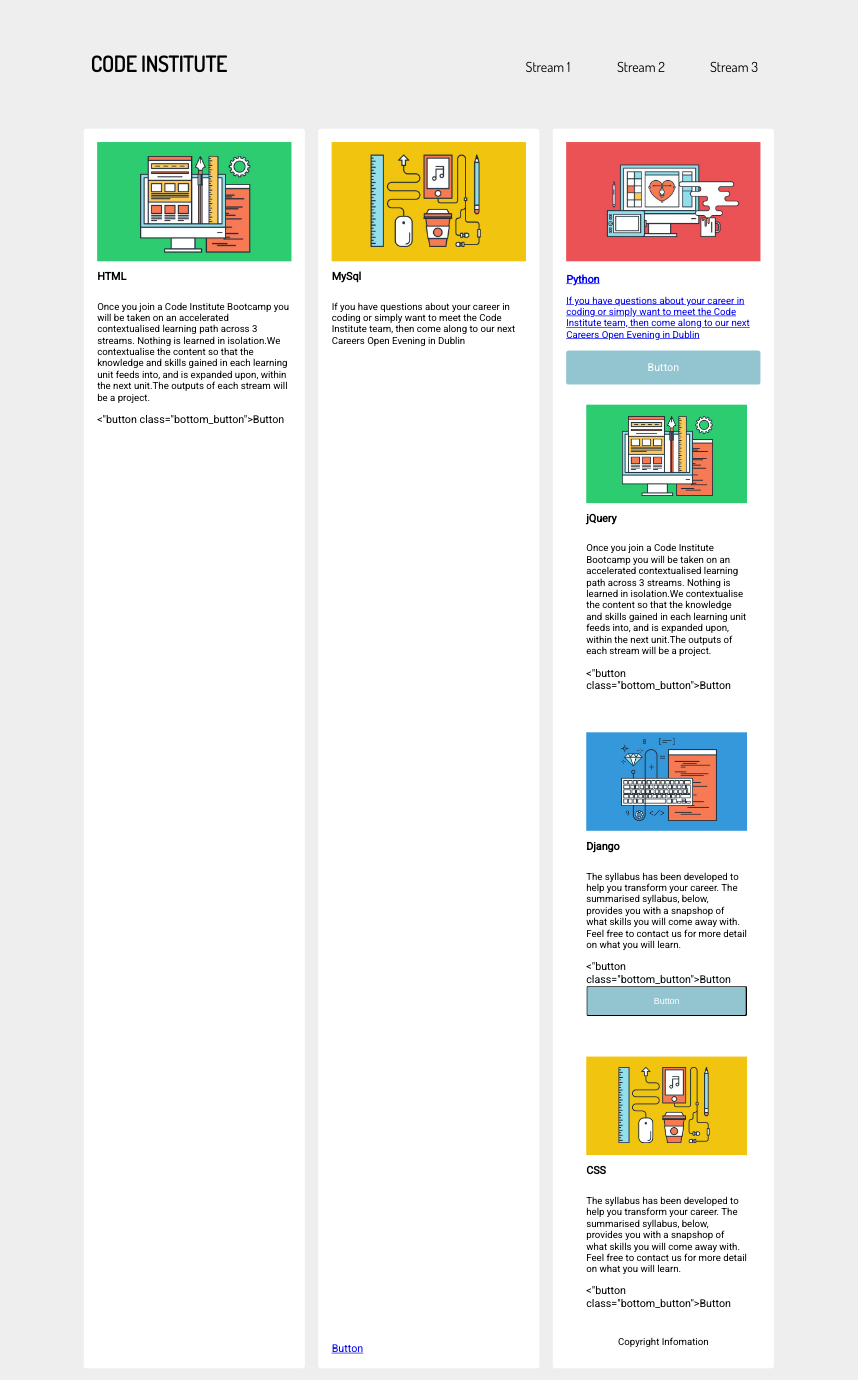
Repository: SOliv1/jquery-events
Page: index.html
The author's editor kept a record of every edit. The page is drawn from the files as they stood at one moment, then again after the next edit.
The browser window is 1280 px wide. The pictures show the whole page, at 67% of full size.
Some web libraries are served in a nearby version.

Above is the page before.

### index.html
<!DOCTYPE html>
<html lang="en">
<head>
    <meta charset="UTF-8">
    <meta name="viewport" content="width=device-width, initial-scale=1">
    <title>jQuery</title>
    <link href="style.css" rel="stylesheet">
    <link href='https://fonts.googleapis.com/css?family=Roboto' rel='stylesheet' type='text/css'>
    <link href='https://fonts.googleapis.com/css?family=Dosis' rel='stylesheet' type='text/css'>
    </head>
<body>
    <div id="container">
        <nav>
            <ul>
                <li id="logoNav">CODE INSTITUTE</li>
                <li id="stream1_btn">Stream 1</li>
                <li id="stream2_btn">Stream 2</li>
                <li id="stream3_btn">Stream 3</li>
            </ul>
        </nav>
        <div class="card stream1">
            <img class="card_image" src="img/3.png" alt="coding icon">
            <div class="card_bottom">
                <h2 class="card_head">HTML</h2>
                <p class="card_para">Once you join a Code Institute Bootcamp you will be taken on an accelerated contextualised learning path across 3 streams. Nothing is learned in isolation.We contextualise the content so that the knowledge and skills gained in each learning
                    unit feeds into, and is expanded upon, within the next unit.The outputs of each stream will be a project. </p>
                <"button class="bottom_button">Button</>
            </div>
        </div>
        <div class="card stream3">
            <img class="card_image" src="img/1.png" alt="coding icon">
            <h2 class="card_head">MySql</h2>
            <p class="card_para">If you have questions about your career in coding or simply want to meet the Code Institute team, then come along to our next Careers Open Evening in Dublin</p>
            <a href="buttonclass="bottom_button">Button</>
            </div>
        <div class="card stream2">
            <img class="card_image" src="img/2.png" alt="coding icon">
            <h2 class="card_head">Python</h2>
            <p class="card_para">If you have questions about your career in coding or simply want to meet the Code Institute team, then come along to our next Careers Open Evening in Dublin</p>
            <a href="" class="bottom_button">Button</a>
        <div class="card stream1">
            <img class="card_image" src="img/3.png" alt="coding icon">
            <div class="card_bottom">
                <h2 class="card_head">jQuery</h2>
                <p class="card_para">Once you join a Code Institute Bootcamp you will be taken on an accelerated contextualised learning path across 3 streams. Nothing is learned in isolation.We contextualise the content so that the knowledge and skills gained in each learning
                    unit feeds into, and is expanded upon, within the next unit.The outputs of each stream will be a project. </p>
                <"button class="bottom_button">Button</>
            </div>
        </div>
        <div class="card stream3">
            <img class="card_image" src="img/4.png" alt="coding icon">
            <h2 class="card_head">Django</h2>
            <p class="card_para">The syllabus has been developed to help you transform your career. The summarised syllabus, below, provides you with a snapshop of what skills you will come away with. Feel free to contact us for more detail on what you will learn.</p>
            <"button class="bottom_button">Button</>
            <button class="bottom_button" id="button_effects1">Button</button>
        </div>
        <div class="card stream1">
            <img class="card_image" src="img/1.png" alt="coding icon">
            <h2 class="card_head">CSS</h2>
            <p class="card_para">The syllabus has been developed to help you transform your career. The summarised syllabus, below, provides you with a snapshop of what skills you will come away with. Feel free to contact us for more detail on what you will learn.</p>
            <"button class="bottom_button">Button</>
        </div>
        <div id="my_footer">
            <p id="copyright">Copyright Infomation</p>
        </div>
    </div>
    <script src="https://code.jquery.com/jquery-3.2.1.js" integrity="sha256-DZAnKJ/6XZ9si04Hgrsxu/8s717jcIzLy3oi35EouyE=" crossorigin="anonymous"></script>
    <script src="script.js"></script>
    <!-- Scripts located at the bottom of the body to insure page is fully loaded before execution -->
</body>
</html>

### style.css
body {
	font-family: 'Roboto', sans-serif;
	/*background-image: url(img/code-institute.jpg);
 	background-size: cover;
 	color: #ffffff;*/
 	background-color: #eee;

}

h1{
	font-size: 3em;
	text-align: center;
}

h2 {
	font-size: 1em;
	text-align: left;

}



p {
	font-size: .9rem;
}



div {
	border-radius: 4px;
}

.card_image {
	width: 100%;

}

.bottom_button {
	display: flex;
	box-sizing:border-box;
	border-radius: 4px;
	display: block;
	width: 100%;
	background-color:rgba(129, 187, 201,.85);
	text-align: center;
	padding: 1em .75em;
	text-decoration: none;
	color: #fff;

}

.card_bottom {
	display: flex;
	flex-flow:column;
}

.card_head {
	flex:0;
}



.card_para {

	flex:1 0 auto;

}

#container {
	display: flex;		/* makes container a flexbox*/
	flex-flow: row wrap; 	/* layout the boxes in rows and wrap them*/
	box-sizing:border-box;
	margin-right:auto;
	margin-left:auto;
	max-width:1050px;
}

#logo {
	width: 800px;
	margin: auto;
}



.card {

	flex:1; /* */

	display: flex;	/* make the contents controllable by flexbox*/
	flex-flow:column;	/* */
	min-width: 240px; /**/
	margin: 10px;
	padding: 20px;
	background-color: #fff;
}

.highlight_stream {
	background-color: #EB5255;
}

#my_footer {
	width:100%;
	text-align: center;
}



#copyright {
	margin-top:10px;
	margin-bottom:10px;

}

/*************************

Navigation

**************************/

nav {

	font-family: roboto;
	background-color: #eee;
	margin: 30px auto;
	width: 100%;
}

ul {

	display: flex;

	justify-content:space-between;

	flex-flow: row;

	/*flex-flow: row-reverse;*/
	/*justify-content:flex-end;*/
	/*justify-content:space-around;*/
	/*align-items:flex-start;*/
	align-items:baseline;
	border-radius: 10px;
	list-style-type: none; /*Remove Bullets*/
	padding: 0;

}

li {
	flex:1;
	height: 30px;
	/*width:10%;*/
	/*border:2px solid #000;*/
	/*background-color: #81BBC9;*/
	/*border-radius: 10px;*/
	font-family: Dosis;
	padding:20px 20px 20px 20px;
	text-align: center;
	font-size: 1.3em;
}

#logoNav {
	flex:6;
	text-align: left;
	font-size: 2em;
	font-weight: bold;
}

.underline {
    text-decoration:underline;

}



.border {

    border: solid 5px #ccc;

}

@media screen and (max-width: 700px) {
	ul {
		flex-flow: column;
		align-items:center;
    }
	li {
		font-size: 2em;
	}

}

### script.js
$(document).ready(function() {
    -$("#stream1_btn").on("click", function() {
        $(".stream1").show();
        $(".stream1").show(1000);
        $("#button_effects1").click(function(){
        $('#button_effects1').hide('slow');
    });
 });

   $("#stream2_btn").on("click", function() {
        $(".stream1").removeClass('highlight_stream');
        $(".stream2").removeClass('highlight_stream');
        $(".stream3").removeClass('highlight_stream');
        $(".stream2").addClass('highlight_stream');
   });

    $("#stream3_btn").on("click", function() {
        $(".stream1").removeClass('highlight_stream');
        $(".stream2").removeClass('highlight_stream');
        $(".stream3").removeClass('highlight_stream');
        $(".stream3").addClass('highlight_stream');
    });
});

    $(document).ready(function() {
    $("#button_effects1").click(function(){
        $('#par1').toggle('1000');
    });
    $("#button_effects2").click(function(){
        $('#par2').toggle('1000');
    });
    $("#button_effects3").click(function(){
        $('#par3').toggle('1000');
    });
    $("#button_effects4").click(function(){
        $('#par4').toggle('1000');
    });
    $("#button_effects5").click(function(){
        $('#par5').toggle('1000');
    });
    $("#button_effects6").click(function(){
        $('#par6').toggle('1000');
    });
});

    $(document).ready(function() {
    // Create the slideToggle effects each of the paragraphs and
    // buttons
    $("#button_effects1").click(function(){
        $('#par1').slideToggle('1000');
    });
    $("#button_effects2").click(function(){
        $('#par2').slideToggle('1000');
    });
    $("#button_effects3").click(function(){
        $('#par3').slideToggle('1000');
    });
    $("#button_effects4").click(function(){
        $('#par4').slideToggle('1000');
    });
    $("#button_effects5").click(function(){
        $('#par5').slideToggle('1000');
    });
    $("#button_effects6").click(function(){
        $('#par6').slideToggle('1000');
    });
});

// Use the fadeTo effect when the mouse hovers over a specific button
    // and fadeTo again when the mouse is no longer hovering over the button

    $("#button_effects1").mouseenter(function(){
        $('#button_effects1').fadeTo(1000, 0.5);
    });
    $("#button_effects1").mouseleave(function(){
        $('#button_effects1').fadeTo(1000, 1);
    });
    $("#button_effects2").mouseenter(function(){
        $('#button_effects2').fadeTo(1000, 0.5);
    });
    $("#button_effects2").mouseleave(function(){
        $('#button_effects2').fadeTo(1000, 1);
    });
    $("#button_effects3").mouseenter(function(){
        $('#button_effects3').fadeTo(1000, 0.5);
    });
    $("#button_effects3").mouseleave(function(){
        $('#button_effects3').fadeTo(1000, 1);
    });
    $("#button_effects4").mouseenter(function(){
        $('#button_effects4').fadeTo(1000, 0.5);
    });
    $("#button_effects4").mouseleave(function(){
        $('#button_effects4').fadeTo(1000, 1);
    });
    $("#button_effects5").mouseenter(function(){
        $('#button_effects5').fadeTo(1000, 0.5);
    });
    $("#button_effects5").mouseleave(function(){
        $('#button_effects5').fadeTo(1000, 1);
    });
    $("#button_effects6").mouseenter(function(){
        $('#button_effects6').fadeTo(1000, 0.5);
    });
    $("#button_effects6").mouseleave(function(){
        $('#button_effects6').fadeTo(1000, 1);
    });
//waits until page is loaded first

    $(document).ready(function(){
    //applies colour red to paragraphs when clicked on
    $("p").click(function(){
        $("p").addClass("highlight_text");
    });
});

//will add lightblue to h2 elements

    $("h2").hover(function(){
        $("h2").addClass( "h2_color");
    });

    /*
    this will apply larger font size to the active h2 element
    by adding the h2_font_size class but
    not the other h2 elements by removing class h2_font_size from them
    */

    $("#hr_html").hover(function(){
        $("#hr_mysql").removeClass("h2_font_size");
        $("#hr_python").removeClass("h2_font_size");
        $("#hr_jquery").removeClass("h2_font_size");
        $("#hr_django").removeClass("h2_font_size");
        $("#hr_css").removeClass("h2_font_size");
        $("#hr_mysql").removeClass("h2_font_size");
        $("#hr_html").addClass("h2_font_size");
    });

    $("#hr_css").hover(function(){
        $("#hr_mysql").removeClass("h2_font_size");
        $("#hr_python").removeClass("h2_font_size");
        $("#hr_jquery").removeClass("h2_font_size");
        $("#hr_django").removeClass("h2_font_size");
        $("#hr_html").removeClass("h2_font_size");
        $("#hr_css").addClass("h2_font_size");
    });


    //applies colour black to body background when mouse enters over buttons


    $(".bottom_button").mouseenter(function(){
        $("body").css( "background-color", "black");
    });

    //applies colour grey to body background when mouse leaves buttons

    $(".bottom_button").mouseleave(function(){
        $("body").css( "background-color", "#eee");
    });

After the next edit:
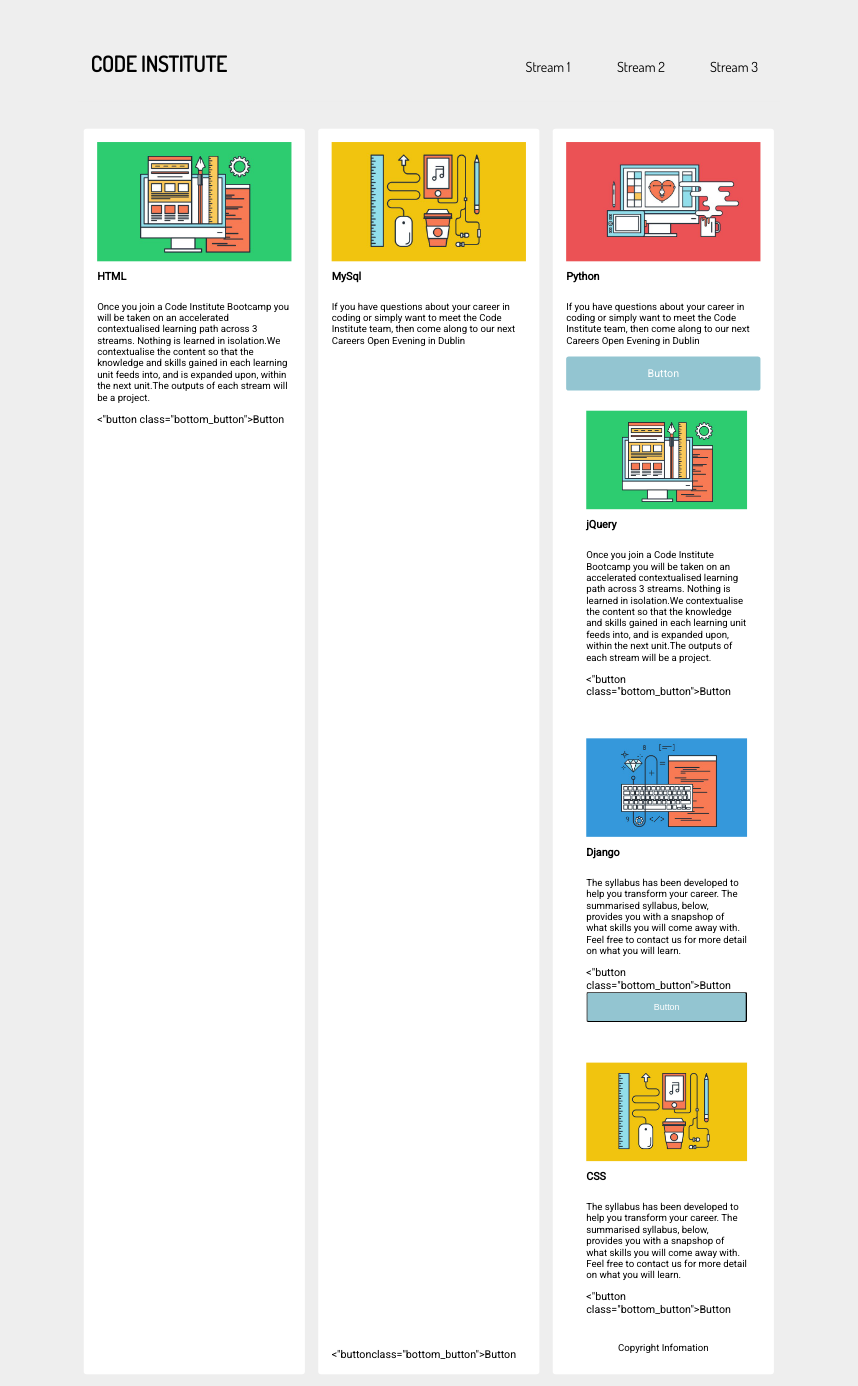
The edit:
--- a/index.html
+++ b/index.html
@@ -31,7 +31,7 @@
             <img class="card_image" src="img/1.png" alt="coding icon">
             <h2 class="card_head">MySql</h2>
             <p class="card_para">If you have questions about your career in coding or simply want to meet the Code Institute team, then come along to our next Careers Open Evening in Dublin</p>
-            <a href="buttonclass="bottom_button">Button</>
+            <"buttonclass="bottom_button">Button</>
             </div>
         <div class="card stream2">
             <img class="card_image" src="img/2.png" alt="coding icon">
